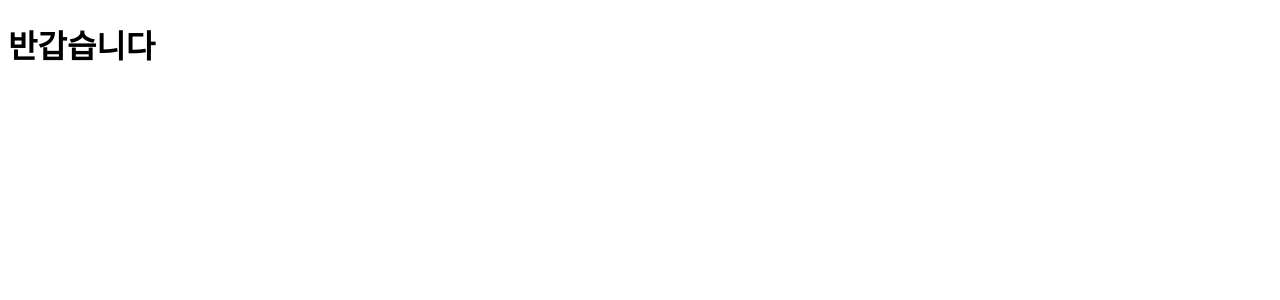
Repository: Jamikidu/newJsp
Page: http://localhost/jspProj/
These files come from the project's save history. The page is drawn as it stood at one moment and after the next save; the edit follows.
The browser window is 1280 px wide. The pictures show the whole page.
The page is served by Tomcat 9. Nobody is signed in. The application's start-up code is not run. Other server files are loaded and not shown.

Above is the page before, as saved 2023-07-25 03:30:24.

### jspProj/src/main/webapp/index.jsp
<%@ page language="java" contentType="text/html; charset=UTF-8"
    pageEncoding="UTF-8"%>
<!DOCTYPE html>
<html>
<head>
<meta charset="UTF-8">
<title>jspProj 입니다</title>
</head>
<body>
<h1>반갑습니다</h1>
</body>
</html>

After the next save:
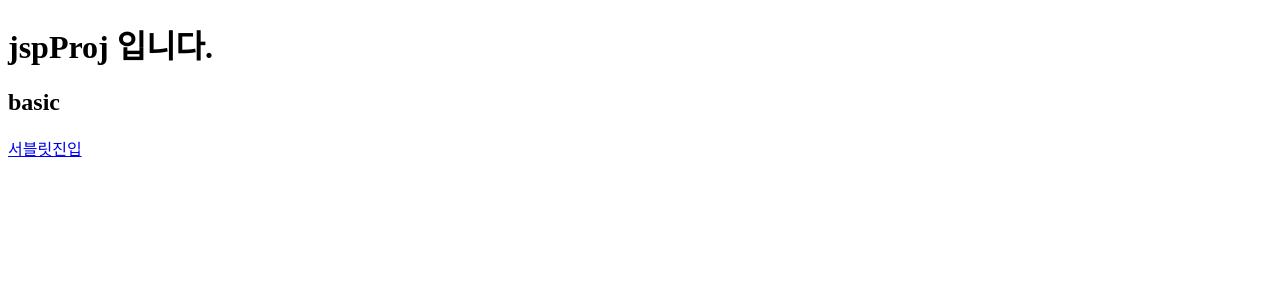
Saved 102 s later.
--- a/jspProj/src/main/webapp/index.jsp
+++ b/jspProj/src/main/webapp/index.jsp
@@ -7,6 +7,8 @@
 <title>jspProj 입니다</title>
 </head>
 <body>
-<h1>반갑습니다</h1>
+<h1>jspProj 입니다.</h1>
+<h2>basic</h2>
+<a href="basic/First">서블릿진입</a>
 </body>
 </html>
